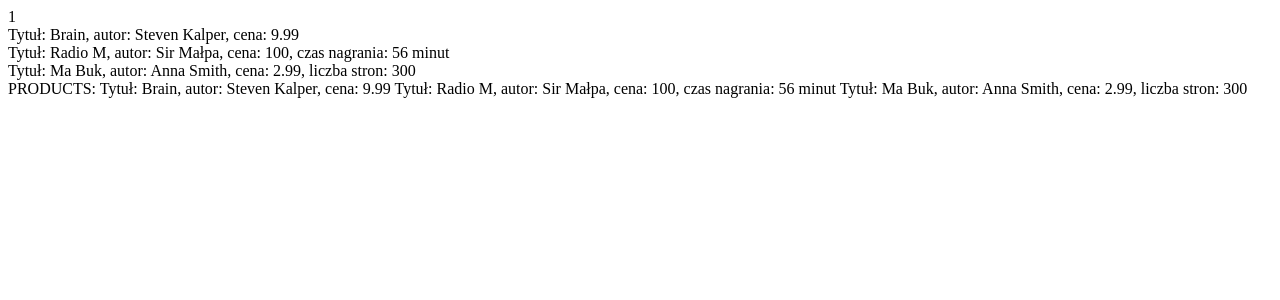
Repository: wojciechDrozd/php
Page: http://localhost/ShopProduct.php
An editor plug-in stored every save of this project. The page is shown before and after the next save, followed by the edit.
The browser window is 1280 px wide. The pictures show the whole page.
The page is run by PHP 8.4 with error messages shown; the project is at /var/www/html/.

Above is the page before, as saved 2017-03-04 14:21:56.

After the next save:
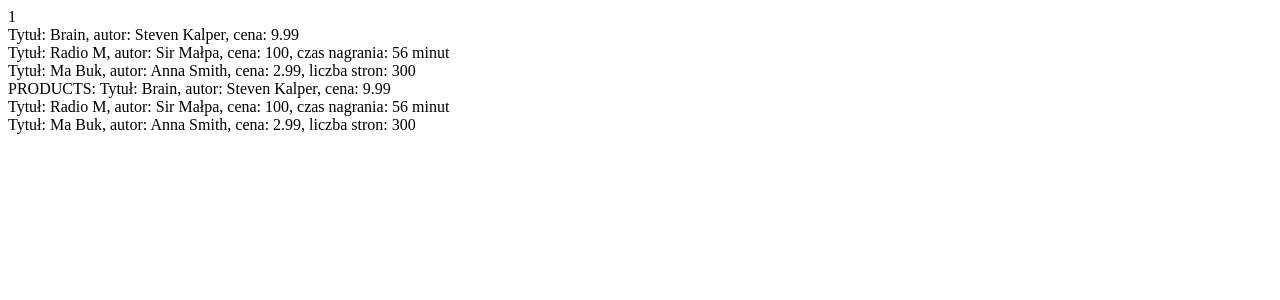
Saved 37 s later.
--- a/Shop/ShopProduct.php
+++ b/Shop/ShopProduct.php
@@ -121,7 +121,7 @@ class TextProductWriter extends ShopProductWriter {
 	public function write(){
 		$str = "PRODUCTS:\n";
 		foreach($this->products as $shopProduct){
-			$str .= $shopProduct->getSummaryLine()."\n";
+			$str .= $shopProduct->getSummaryLine()."<br>";
 		}
 		print $str;
 	}
